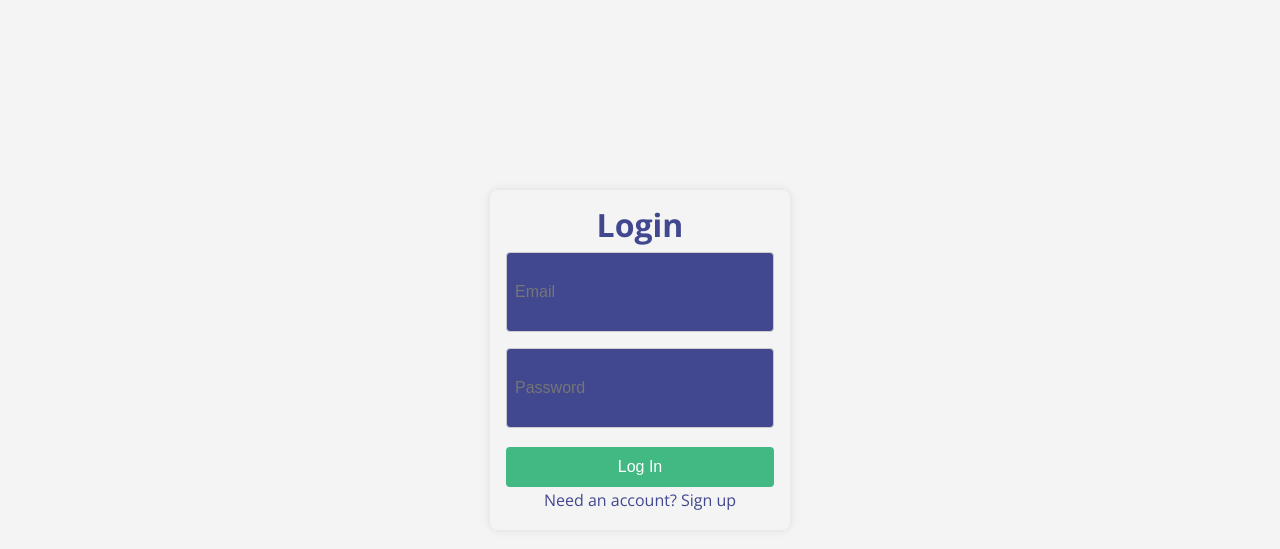
Repository: XiuwenZ/finder
Page: /login (app in frontend/)
The author's editor kept a copy of each file at every save. The page is drawn from the files as they stood at one save, then again after the next save.
The browser window is 1280 px wide. The pictures show the whole page.
The project was rebuilt for these pictures with package versions that can differ from the ones it lists, and the page was loaded fresh each time. Also part of the build but not shown: frontend/vite.config.js, frontend/src/components/Navbar.jsx, frontend/src/components/Header.jsx, frontend/src/components/RegisteredEvent.jsx, frontend/src/components/EventFilter.jsx, frontend/src/components/MoreEvents.jsx, frontend/src/components/Footer.css, frontend/src/components/ContactForm.jsx and 5 more.

Above is the page before, as saved 2024-02-03 22:14:00.

After the next save:
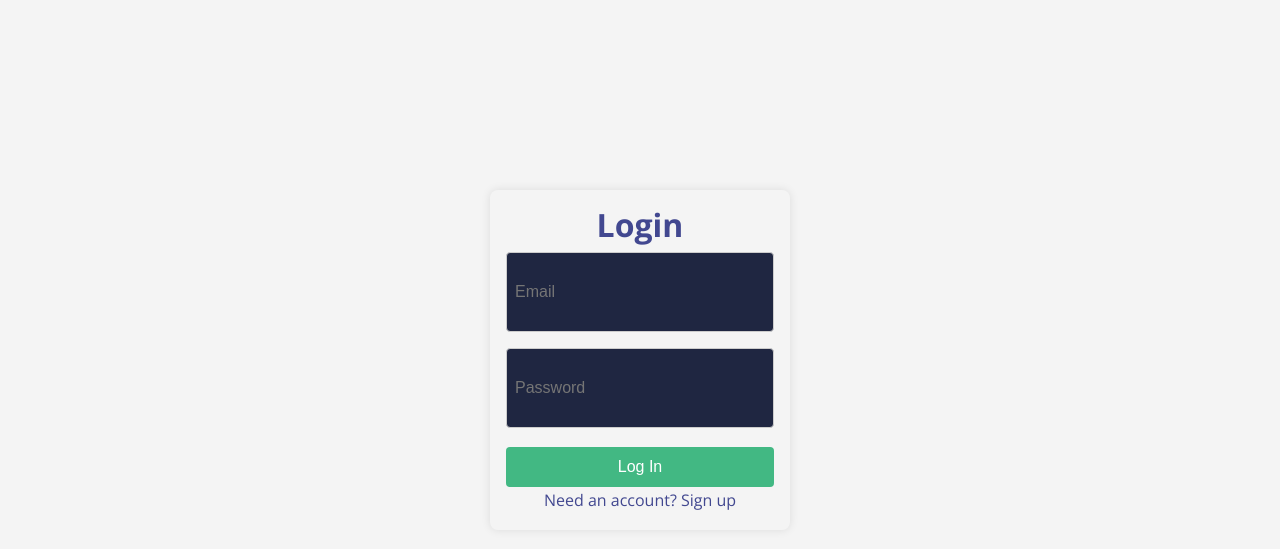
Saved 49 s later.
--- a/frontend/src/components/Login.css
+++ b/frontend/src/components/Login.css
@@ -21,8 +21,8 @@
   margin: 0.5rem 0;
   border: 1px solid #ccc;
   border-radius: 4px;
+  color:aliceblue
   background-color: #424890;
-  color: white;
 }
 
 button {

After the save that followed:
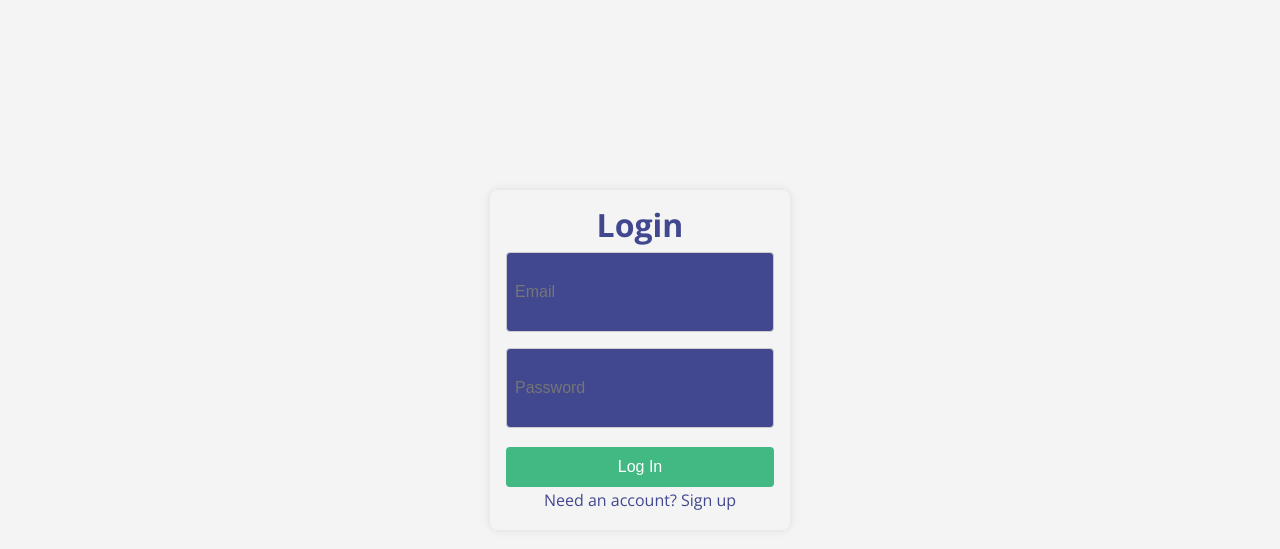
Saved 12 s later.
--- a/frontend/src/components/Login.css
+++ b/frontend/src/components/Login.css
@@ -21,7 +21,6 @@
   margin: 0.5rem 0;
   border: 1px solid #ccc;
   border-radius: 4px;
-  color:aliceblue
   background-color: #424890;
 }
 
